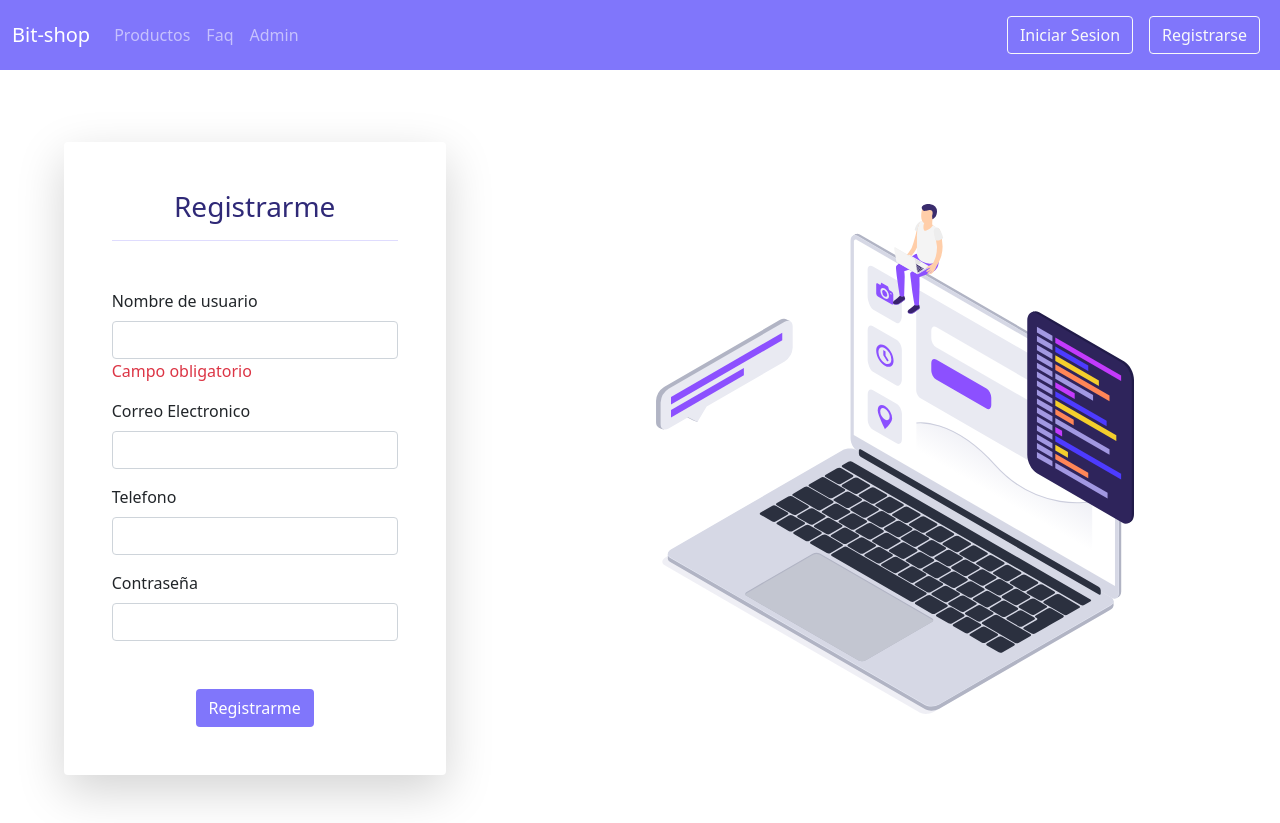
Repository: TzStrikerYT/myClassRoom
Page: /register (app in bit-shop-as/)
An editor plug-in stored every save of this project. The page is shown before and after the next save, followed by the edit.
The browser window is 1280 px wide. The pictures show the whole page.
The project was rebuilt for these pictures with package versions that can differ from the ones it lists, and the page was loaded fresh each time. Also part of the build but not shown: bit-shop-as/angular.json, bit-shop-as/src/app/components/home/home.component.ts, bit-shop-as/src/app/components/login/login.component.ts, bit-shop-as/src/app/components/page404/page404.component.ts.

Above is the page before, as saved 2022-03-01 19:16:19.

### bit-shop-as/src/index.html
<!doctype html>
<html lang="en">
<head>
  <meta charset="utf-8">
  <title>BitShopAs</title>
  <base href="/">
  <meta name="viewport" content="width=device-width, initial-scale=1">
  <link rel="icon" type="image/x-icon" href="favicon.ico">
</head>
<body>
  <app-root></app-root>
</body>
</html>

### bit-shop-as/src/styles.css
/* You can add global styles to this file, and also import other style files */
.bg-purple-pastel {
    background: #8076fb !important;
}

.bg-purple-dark {
    background: #2f2977 !important;
}

.text-purple-dark {
    color: #2f2977 !important;
}

.text-purple-pastel {
    color: #8076fb !important;
}

### bit-shop-as/src/app/app.module.ts
import { NgModule } from '@angular/core';
import { BrowserModule } from '@angular/platform-browser';
import { FormsModule } from '@angular/forms';
import { HttpClientModule } from '@angular/common/http'

import { AppRoutingModule } from './app-routing.module';
import { AppComponent } from './app.component';
import { LoginComponent } from './components/login/login.component';
import { RegisterComponent } from './components/register/register.component';
import { NavbarComponent } from './components/navbar/navbar.component';
import { HomeComponent } from './components/home/home.component';
import { Page404Component } from './components/page404/page404.component';

@NgModule({
  declarations: [
    AppComponent,
    LoginComponent,
    RegisterComponent,
    NavbarComponent,
    HomeComponent,
    Page404Component
  ],
  imports: [
    BrowserModule,
    AppRoutingModule,
    FormsModule,
    HttpClientModule
  ],
  providers: [],
  bootstrap: [AppComponent]
})
export class AppModule { }

### bit-shop-as/src/environments/environment.ts
// This file can be replaced during build by using the `fileReplacements` array.
// `ng build` replaces `environment.ts` with `environment.prod.ts`.
// The list of file replacements can be found in `angular.json`.

export const environment = {
  production: false,
  API_URL: 'http://localhost:5000/api'
};

/*
 * For easier debugging in development mode, you can import the following file
 * to ignore zone related error stack frames such as `zone.run`, `zoneDelegate.invokeTask`.
 *
 * This import should be commented out in production mode because it will have a negative impact
 * on performance if an error is thrown.
 */
// import 'zone.js/plugins/zone-error';  // Included with Angular CLI.

### bit-shop-as/src/app/app-routing.module.ts
import { NgModule } from '@angular/core';
import { RouterModule, Routes } from '@angular/router';
import { HomeComponent } from './components/home/home.component';
import { LoginComponent } from './components/login/login.component';
import { Page404Component } from './components/page404/page404.component';
import { RegisterComponent } from './components/register/register.component';

const routes: Routes = [
  { path: 'login', component: LoginComponent },
  { path: 'register', component: RegisterComponent },
  { path: 'home', component: HomeComponent },

  { path: '', redirectTo: '/home', pathMatch: 'full'},
  { path: '**', component: Page404Component}
];

@NgModule({
  imports: [RouterModule.forRoot(routes)],
  exports: [RouterModule],
})
export class AppRoutingModule {}

### bit-shop-as/src/app/app.component.ts
import { Component } from '@angular/core';

@Component({
  selector: 'app-root',
  templateUrl: './app.component.html',
  styleUrls: ['./app.component.css']
})
export class AppComponent {
  title = 'bit-shop-as';
}

### bit-shop-as/src/app/components/register/register.component.ts
import { Component, OnInit } from '@angular/core';
import { UserService } from 'src/app/services/userService/user.service';
import { NgForm } from '@angular/forms';

@Component({
  selector: 'app-register',
  templateUrl: './register.component.html',
  styleUrls: ['./register.component.css']
})
export class RegisterComponent implements OnInit {

  constructor(public userService: UserService) { }

  ngOnInit(): void {
  }

  register(form?: any){

    const {name, phone, username, email } = form.value

    if(!name || !phone || !username || !email) return alert("Uno o mas campos estan vacios")

  }

}

### bit-shop-as/src/app/components/navbar/navbar.component.ts
import { Component, OnInit } from '@angular/core';

@Component({
  selector: 'app-navbar',
  templateUrl: './navbar.component.html',
  styleUrls: ['./navbar.component.css']
})
export class NavbarComponent implements OnInit {

  token=false
  user='Michael Cocuy'

  constructor() { }

  ngOnInit(): void {
  }

}

### bit-shop-as/src/app/services/userService/user.service.ts
import { Injectable } from '@angular/core';
import { User } from '../../models/userModel'
import { HttpClient } from '@angular/common/http';
import { environment } from 'src/environments/environment';

@Injectable({
  providedIn: 'root'
})
export class UserService {

  slectedUser: User
  //url_api = 'http://localhost:5000/api/user'
  url_api = `${environment.API_URL}/user`

  constructor(public http: HttpClient) {
    this.slectedUser = new User
  }

  // conexion para login
  /*
  credentials = {
    email: "",
    password: "",
  }
  */

  login(credentials: any){
    return this.http.post(`${this.url_api}/login`, credentials)
  }


}

### bit-shop-as/src/app/components/register/register.component.html
<section class="mt-4">

    <div class="row w-100">
        <div class="col-lg-5 py-5 d-flex align-items-center justify-content-center">

            <div class="p-5 shadow-lg rounded w-75">

                <h3 class="text-purple-dark mb-3 text-center">Registrarme</h3>
                <hr class="mb-5 text-purple-pastel">

                <form #userForm="ngForm">
                  <div class="mb-3">
                    <label for="exampleInputEmail1" class="form-label">Nombre de usuario</label>
                    <input type="text" class="form-control" name="username" #username="ngModel" [(ngModel)]="userService.slectedUser.username" aria-describedby="emailHelp">
                    <p *ngIf="!userService.slectedUser.username" class="text-danger">Campo obligatorio</p>
                  </div>
                    <div class="mb-3">
                      <label for="exampleInputEmail1" class="form-label">Correo Electronico</label>
                      <input type="email" class="form-control" name="email" #email="ngModel" [(ngModel)]="userService.slectedUser.email" aria-describedby="emailHelp">
                    </div>
                    <div class="mb-3">
                      <label for="exampleInputEmail1" class="form-label">Telefono</label>
                      <input type="number" class="form-control" name="phone" #phone="ngModel" [(ngModel)]="userService.slectedUser.phone" aria-describedby="emailHelp">
                    </div>
                    <div class="mb-3">
                      <label for="exampleInputPassword1" class="form-label">Contraseña</label>
                      <input type="password" class="form-control"  name="password" #password="ngModel" [(ngModel)]="userService.slectedUser.password">
                    </div>
                    <div class="text-center mt-5">
                        <a class="btn bg-purple-pastel text-white text-center" (click)="register(userForm)">Registrarme</a>
                    </div>
                  </form>
            </div>

        </div>

        <div class="col-lg-7 bg-image">

        </div>

    </div>

</section>

### bit-shop-as/src/app/components/register/register.component.css
.bg-image {
    background: url('../../../assets/img/fondo2.svg');
    background-repeat: no-repeat;
    background-size: 64%;
    background-position: center;
}

### bit-shop-as/src/app/components/navbar/navbar.component.html
<nav class="navbar navbar-expand-lg navbar-dark bg-purple-pastel">
  <div class="container-fluid">
    <a class="navbar-brand" href="/home">Bit-shop</a>
    <button
      class="navbar-toggler"
      type="button"
      data-bs-toggle="collapse"
      data-bs-target="#navbarNavAltMarkup"
      aria-controls="navbarNavAltMarkup"
      aria-expanded="false"
      aria-label="Toggle navigation"
    >
      <span class="navbar-toggler-icon"></span>
    </button>
    <div class="collapse navbar-collapse" id="navbarNavAltMarkup">
      <div class="navbar-nav">
        <a class="nav-link" aria-current="page" href="#">Productos</a>
        <a class="nav-link" href="#">Faq</a>
        <a class="nav-link" href="#">Admin</a>
      </div>

      <div class="navbar-nav ms-auto" *ngIf="!token else usserLogged">
        <a class="btn btn-outline-light m-2" href="/login">Iniciar Sesion</a>
        <a class="btn btn-outline-light m-2" href="/register">Registrarse</a>
      </div>

      <ng-template #usserLogged>
        <div class="navbar-nav ms-auto">
            <a class="btn btn-outline-light dropdown-toggle" data-bs-toggle="dropdown" aria-expanded="false">
                {{ user }}
            </a>
              <ul class="dropdown-menu dropdown-menu-end">
                <li><button class="dropdown-item" type="button">Opciones</button></li>
                <li><button class="dropdown-item" type="button">Mis compras</button></li>
                <hr>
                <li><button class="dropdown-item" type="button">Cerrar Sesion</button></li>
              </ul>
          </div>
      </ng-template>

    </div>
  </div>
</nav>

### bit-shop-as/src/app/models/userModel.ts
export class User {
  _id: string;
  email: string;
  password: string;
  phone: string;
  username: string;
  Permissions: any;
  isLogged: boolean;
  confirmPassword: string;

  constructor(
    _id = '',
    email = '',
    password = '',
    phone = '',
    username = '',
    Permissions = {},
    isLogged = false,
    confirmPassword = ""
  ) {
    this._id = _id;
    this.email = email;
    this.password = password;
    this.phone = phone;
    this.username = username;
    this.Permissions = Permissions;
    this.isLogged = isLogged;
    this.confirmPassword = confirmPassword
  }
}

Loaded but not shown: bit-shop-as/src/main.ts (common file); bit-shop-as/src/app/app.component.html (common file); bit-shop-as/src/app/app.component.css (no stored copy; drawn as an empty file); bit-shop-as/src/app/components/navbar/navbar.component.css (no stored copy; drawn as an empty file)

After the next save:
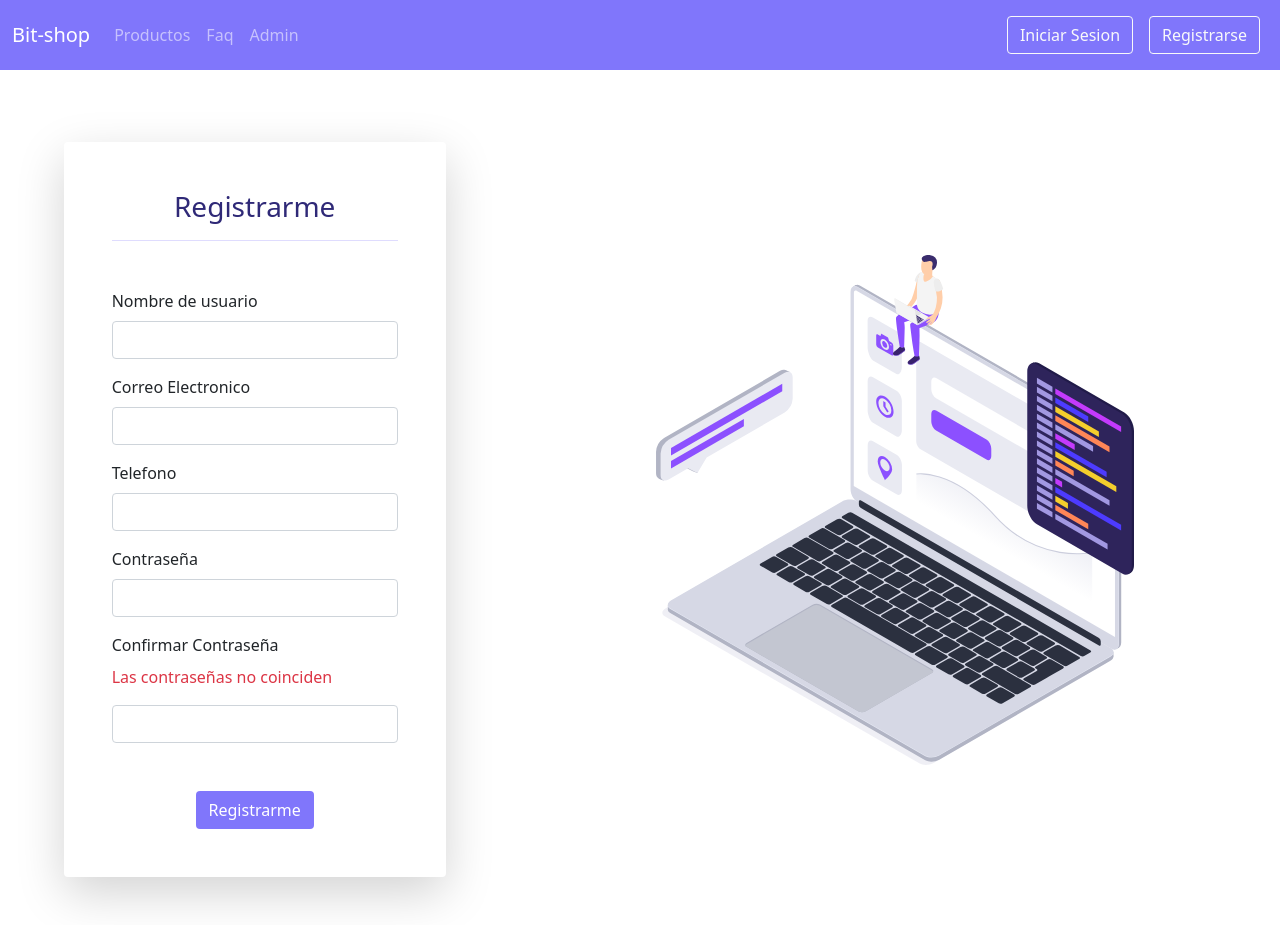
Saved 58 s later.
--- a/bit-shop-as/src/app/components/register/register.component.html
+++ b/bit-shop-as/src/app/components/register/register.component.html
@@ -12,7 +12,6 @@
                   <div class="mb-3">
                     <label for="exampleInputEmail1" class="form-label">Nombre de usuario</label>
                     <input type="text" class="form-control" name="username" #username="ngModel" [(ngModel)]="userService.slectedUser.username" aria-describedby="emailHelp">
-                    <p *ngIf="!userService.slectedUser.username" class="text-danger">Campo obligatorio</p>
                   </div>
                     <div class="mb-3">
                       <label for="exampleInputEmail1" class="form-label">Correo Electronico</label>
@@ -26,6 +25,13 @@
                       <label for="exampleInputPassword1" class="form-label">Contraseña</label>
                       <input type="password" class="form-control"  name="password" #password="ngModel" [(ngModel)]="userService.slectedUser.password">
                     </div>
+
+                    <div class="mb-3">
+                      <label class="form-label">Confirmar Contraseña</label>
+                      <p class="text-danger" *ngIf="userService.slectedUser.password === userService.slectedUser.confirmPassword">Las contraseñas no coinciden</p>
+                      <input type="password" class="form-control"  name="confirmPassword" #confirmPassword="ngModel" [(ngModel)]="userService.slectedUser.confirmPassword">
+                    </div>
+
                     <div class="text-center mt-5">
                         <a class="btn bg-purple-pastel text-white text-center" (click)="register(userForm)">Registrarme</a>
                     </div>
